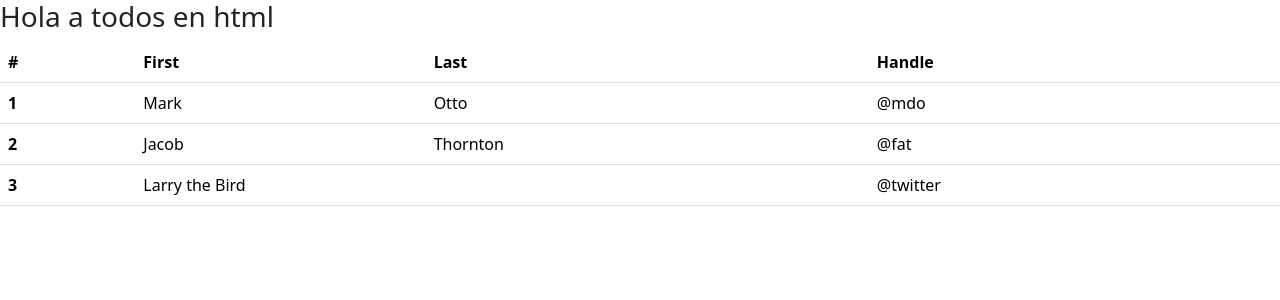
Repository: RoggerMen/Spring
Page: http://localhost/home
The author's editor kept a copy of each file at every save. The page is drawn from the files as they stood at one save, then again after the next save.
The browser window is 1280 px wide. The pictures show the whole page.
The page is this project's Thymeleaf template; nobody is signed in. The template is opened directly, without the code that normally fills it, so the values that code supplies are empty.

Above is the page before, as saved 2023-04-22 06:37:19.

### crud-productos/src/main/resources/templates/home.html
<!DOCTYPE html>
<html>
<head>
<meta charset="ISO-8859-1">
<title>Insert title here</title>
<link
	href="https://cdn.jsdelivr.net/npm/bootstrap@5.3.0-alpha3/dist/css/bootstrap.min.css"
	rel="stylesheet"
	integrity="sha384-KK94CHFLLe+nY2dmCWGMq91rCGa5gtU4mk92HdvYe+M/SXH301p5ILy+dN9+nJOZ"
	crossorigin="anonymous">

</head>
<body>
<h3>Hola a todos en html</h3>

<table class="table">
  <thead>
    <tr>
      <th scope="col">#</th>
      <th scope="col">First</th>
      <th scope="col">Last</th>
      <th scope="col">Handle</th>
    </tr>
  </thead>
  <tbody>
    <tr>
      <th scope="row">1</th>
      <td>Mark</td>
      <td>Otto</td>
      <td>@mdo</td>
    </tr>
    <tr>
      <th scope="row">2</th>
      <td>Jacob</td>
      <td>Thornton</td>
      <td>@fat</td>
    </tr>
    <tr>
      <th scope="row">3</th>
      <td colspan="2">Larry the Bird</td>
      <td>@twitter</td>
    </tr>
  </tbody>
</table>
</body>
</html>

After the next save:
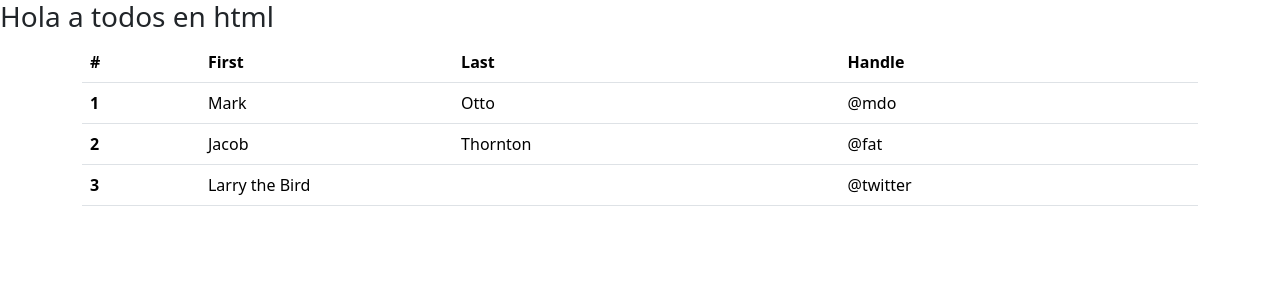
Saved 93 s later.
--- a/crud-productos/src/main/resources/templates/home.html
+++ b/crud-productos/src/main/resources/templates/home.html
@@ -12,35 +12,36 @@
 </head>
 <body>
 <h3>Hola a todos en html</h3>
-
-<table class="table">
-  <thead>
-    <tr>
-      <th scope="col">#</th>
-      <th scope="col">First</th>
-      <th scope="col">Last</th>
-      <th scope="col">Handle</th>
-    </tr>
-  </thead>
-  <tbody>
-    <tr>
-      <th scope="row">1</th>
-      <td>Mark</td>
-      <td>Otto</td>
-      <td>@mdo</td>
-    </tr>
-    <tr>
-      <th scope="row">2</th>
-      <td>Jacob</td>
-      <td>Thornton</td>
-      <td>@fat</td>
-    </tr>
-    <tr>
-      <th scope="row">3</th>
-      <td colspan="2">Larry the Bird</td>
-      <td>@twitter</td>
-    </tr>
-  </tbody>
-</table>
+<div class="container">
+	<table class="table">
+		<thead>
+			<tr>
+				<th scope="col">#</th>
+				<th scope="col">First</th>
+				<th scope="col">Last</th>
+				<th scope="col">Handle</th>
+			</tr>
+		</thead>
+		<tbody>
+			<tr>
+				<th scope="row">1</th>
+				<td>Mark</td>
+				<td>Otto</td>
+				<td>@mdo</td>
+			</tr>
+			<tr>
+				<th scope="row">2</th>
+				<td>Jacob</td>
+				<td>Thornton</td>
+				<td>@fat</td>
+			</tr>
+			<tr>
+				<th scope="row">3</th>
+				<td colspan="2">Larry the Bird</td>
+				<td>@twitter</td>
+			</tr>
+		</tbody>
+	</table>
+	</div>
 </body>
 </html>
